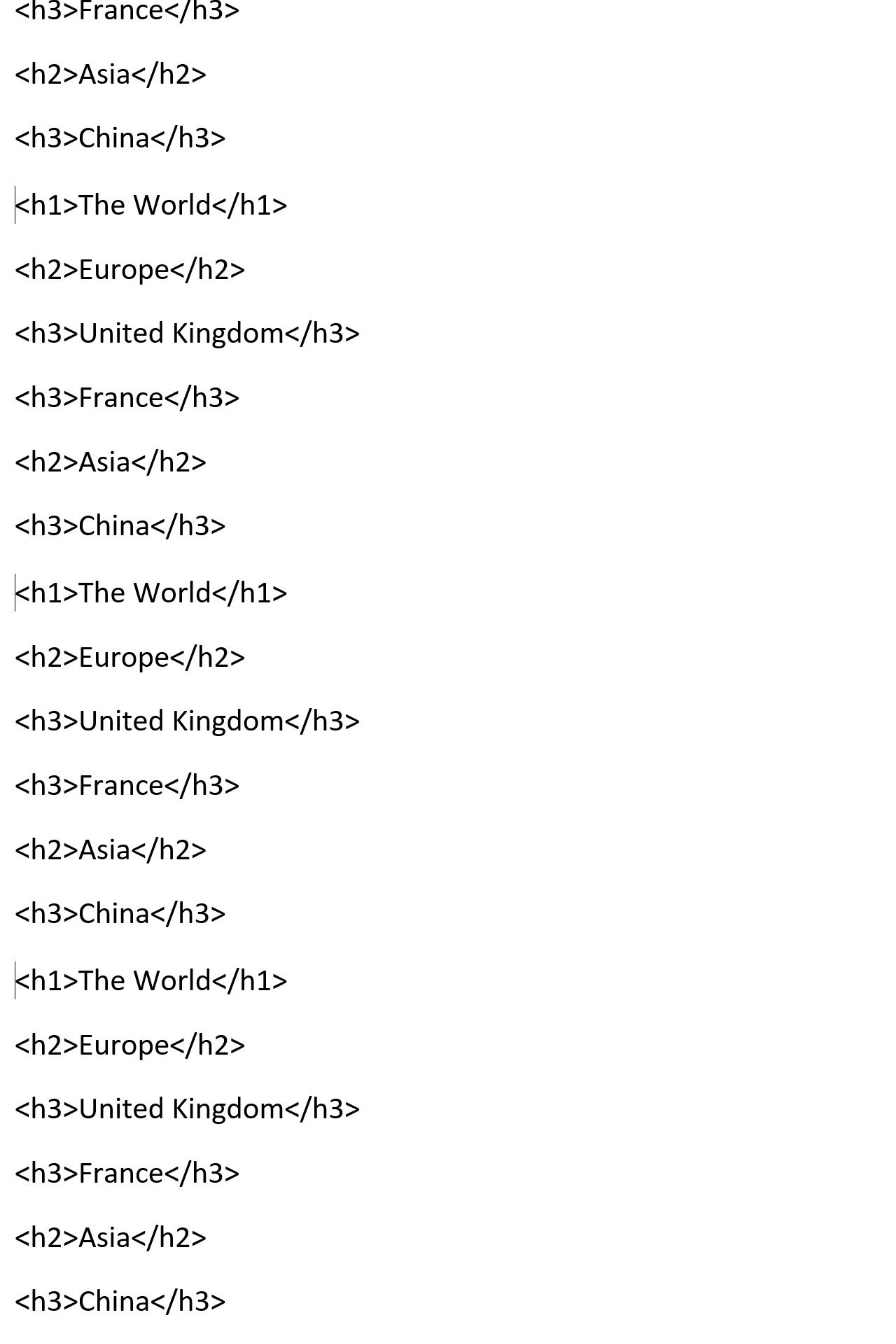
Repository: DigitalExperienceTeam/assessmentImages
Page: index.html
The author's editor kept a record of every edit. The page is drawn from the files as they stood at one moment, then again after the next edit.
The browser window is 1280 px wide. The pictures show the part of the page from y = 792 to 2712 px (the page is 2712 px tall before and 2706 px after), at 70% of full size.

Above is the page before.

### index.html
<!DOCTYPE html>
<html lang="en">
<head>
    <meta charset="UTF-8">
    <meta name="viewport" content="width=device-width, initial-scale=1.0">
    <meta http-equiv="X-UA-Compatible" content="ie=edge">
    <title>Document</title>
</head>
<body>
    <p><img src="Question6.jpg"></p>

    <p><img src="Question7A.jpg"></p>

    <p><img src="Question7A.jpg"></p>

    <p><img src="Question7A.jpg"></p>

    <p><img src="Question7A.jpg"></p>

</body>
</html>

After the next edit:
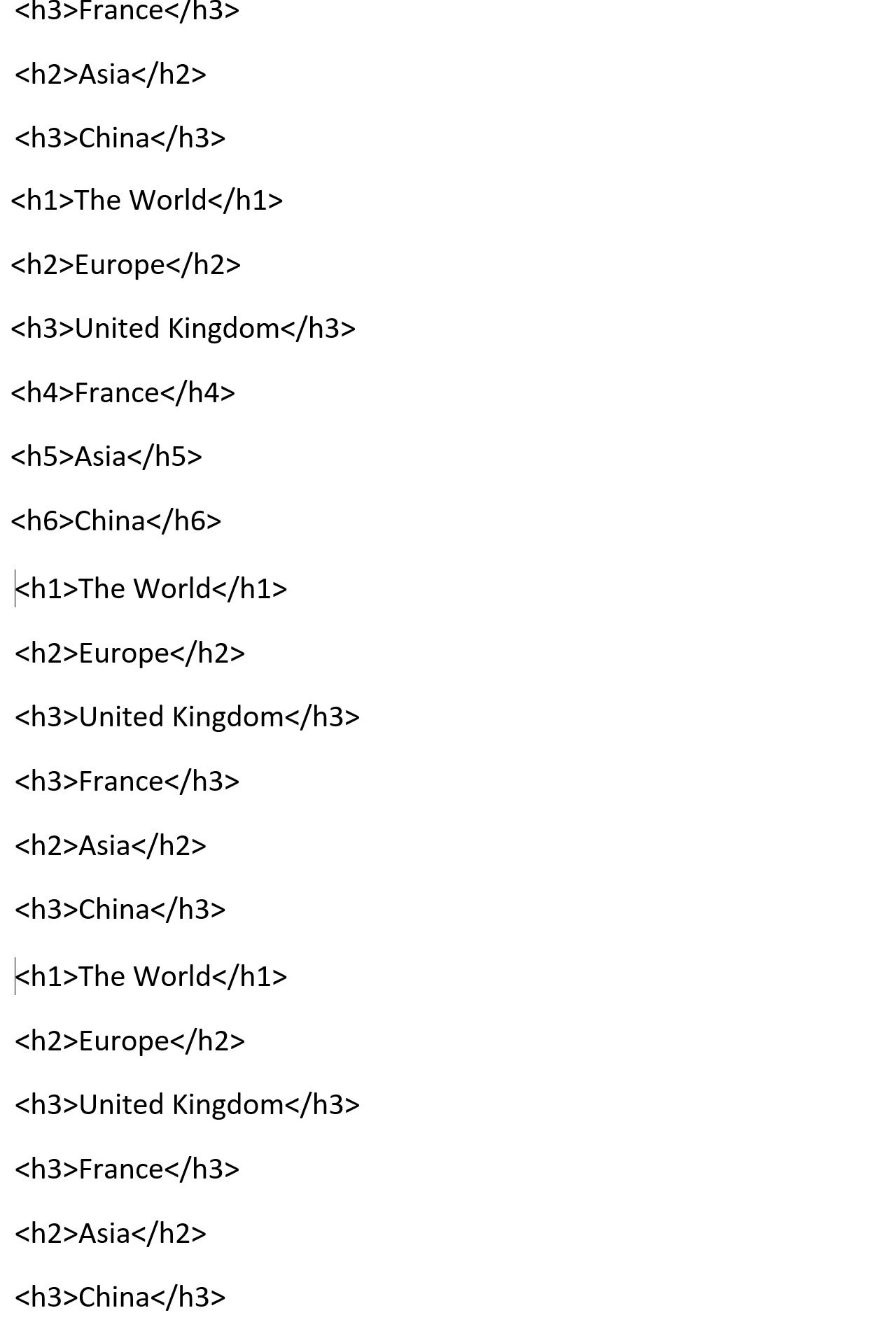
The edit:
--- a/index.html
+++ b/index.html
@@ -11,7 +11,7 @@
 
     <p><img src="Question7A.jpg"></p>
 
-    <p><img src="Question7A.jpg"></p>
+    <p><img src="Question7B.jpg"></p>
 
     <p><img src="Question7A.jpg"></p>
 
